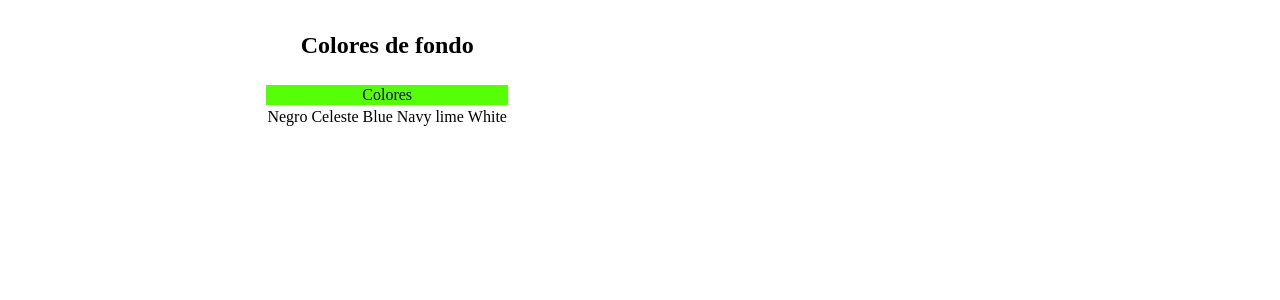
Repository: ThePerez/ArgProg
Page: Practicas ArgProg/Practica 3/Ejercicio 5/index.html
These files come from the project's save history. The page is drawn as it stood at one moment and after the next save; the edit follows.
The browser window is 1280 px wide. The pictures show the whole page.

Above is the page before, as saved 2023-03-14 12:04:20.

After the next save:
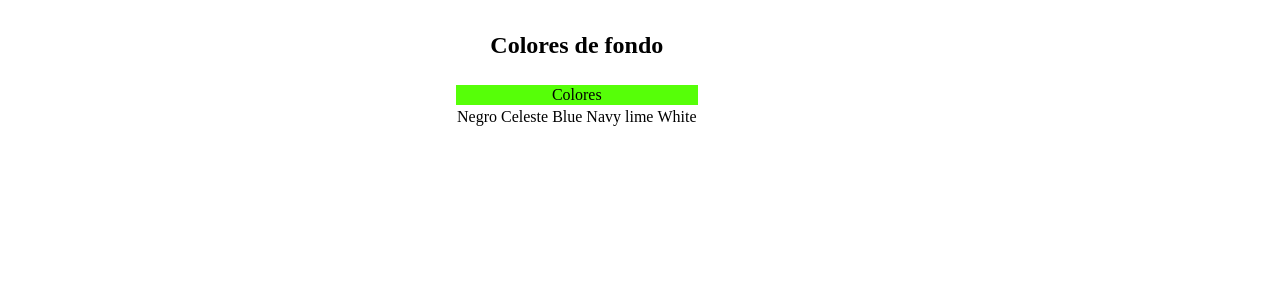
Saved 4 s later.
--- a/Practicas ArgProg/Practica 3/Ejercicio 5/styles.css
+++ b/Practicas ArgProg/Practica 3/Ejercicio 5/styles.css
@@ -7,7 +7,7 @@
 .principal{
      display: grid;
      place-content: center;
-     width: 60%;
+     width: 90%;
 
 }
 
